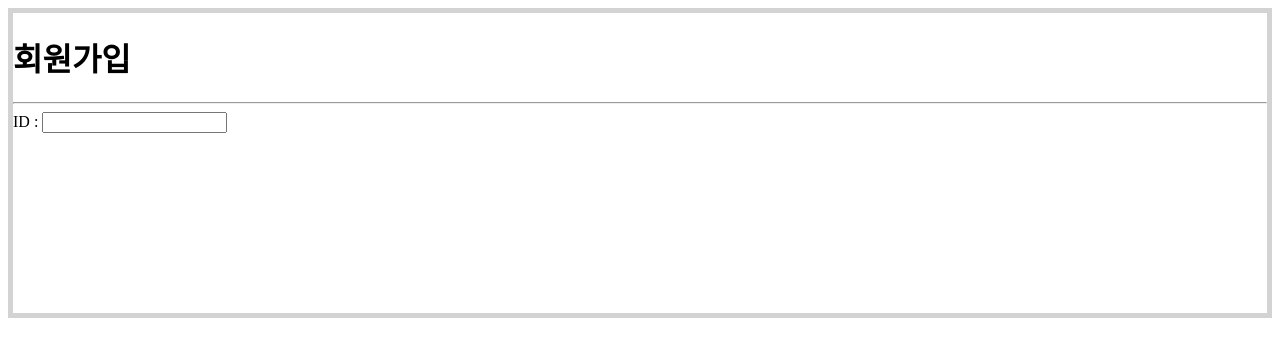
Repository: dychung1021/newrepository
Page: http://localhost/JSP05/
These files come from the project's save history. The page is drawn as it stood at one moment and after the next save; the edit follows.
The browser window is 1280 px wide. The pictures show the whole page.
The page is served by Tomcat 9.

Above is the page before, as saved 2024-05-10 02:36:26.

After the next save:
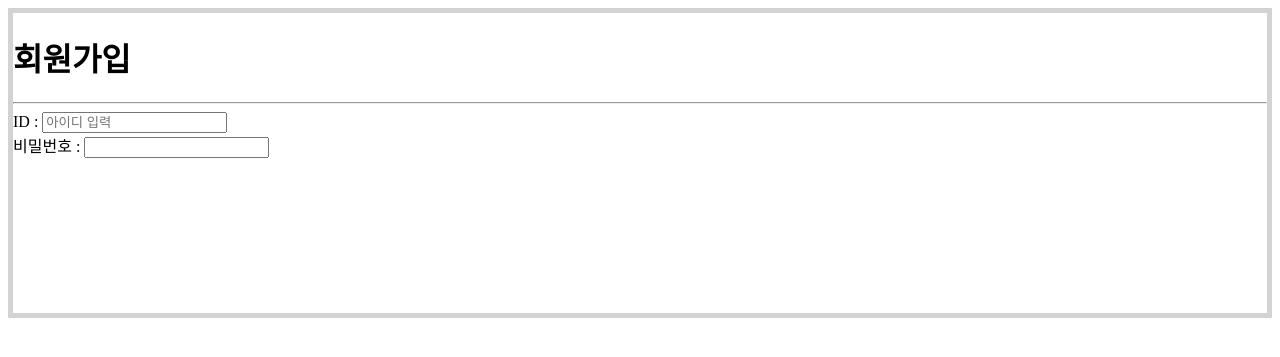
Saved 97 s later.
--- a/JSP/JSP05/src/main/webapp/index.jsp
+++ b/JSP/JSP05/src/main/webapp/index.jsp
@@ -20,7 +20,8 @@
 			<form method="get" action="">
 				<h1> 회원가입 </h1>
 				<hr>
-				ID : <input type="text" name="id"
+				ID : <input type="text" name="id" placeholder="아이디 입력"><br>
+				비밀번호 : <input type="password" name="pw"><br>
 			</form>
 
 		</div>
